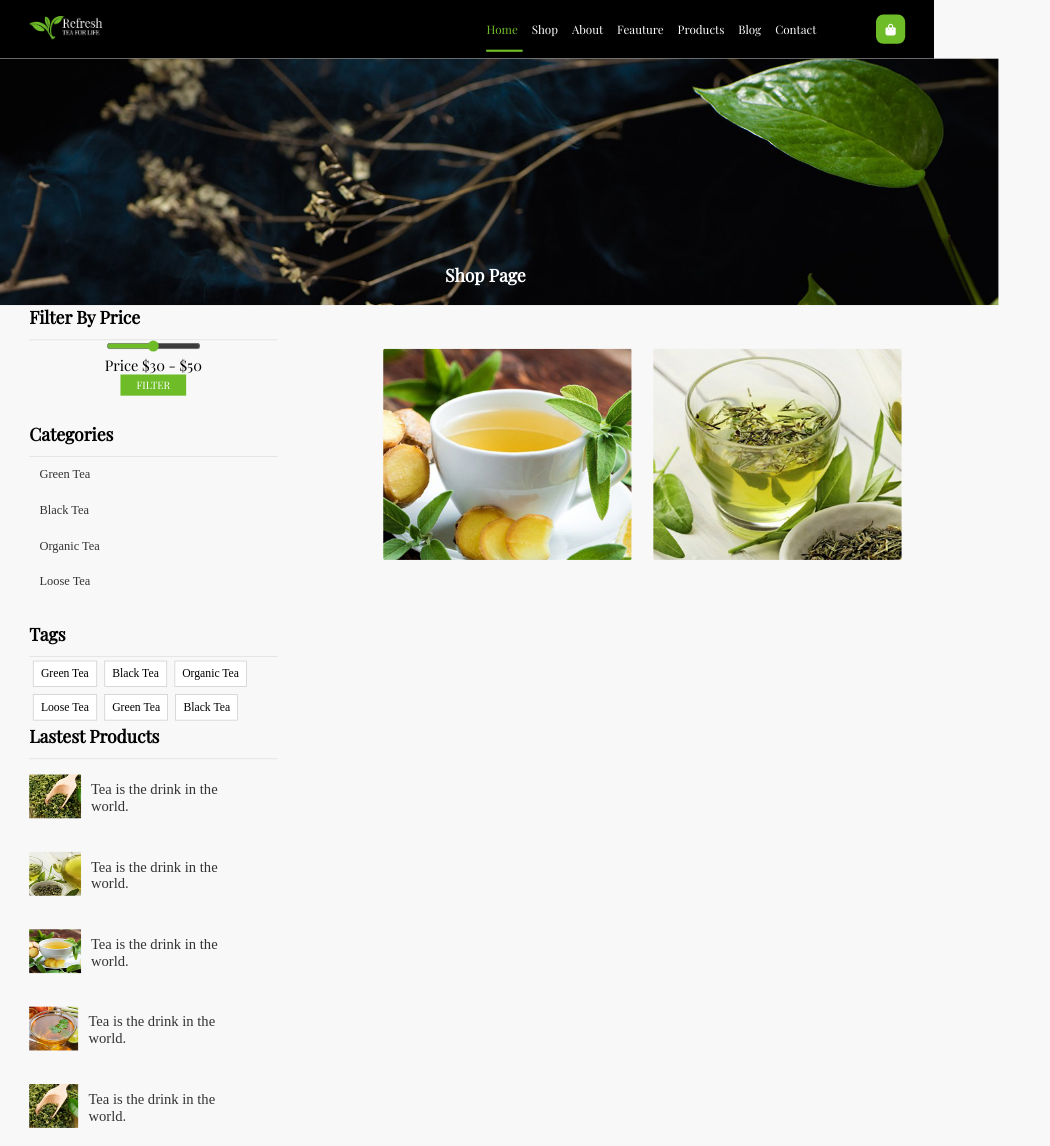
Repository: 52hzwhaleblue/school_teashop
Page: shop.html
An editor plug-in stored every save of this project. The page is shown before and after the next save, followed by the edit.
The browser window is 1280 px wide. The page is 1368 px wide, then 1439 px, then 1368 px, so the pictures cover 1439 px, including what lies to the right of the window. The pictures show the whole page, at 73% of full size.
Some web libraries are served in a nearby version.

Above is the page before, as saved 2022-05-04 23:11:06.

### shop.html
<!DOCTYPE html>
<html lang="en">

<head>
    <meta charset="UTF-8">
    <meta http-equiv="X-UA-Compatible" content="IE=edge">
    <meta name="viewport" content="width=device-width, initial-scale=1.0">

    <!-- Style CSS -->
    <link rel="stylesheet" href="./style.css" stylesheet="text/style.css" />

    <!-- googel fonts -->
    <link rel="preconnect" href="https://fonts.googleapis.com" />
    <link rel="preconnect" href="https://fonts.gstatic.com" crossorigin />
    <link href="https://fonts.googleapis.com/css2?family=Playfair+Display&display=swap" rel="stylesheet" />

    <!-- cdn -->
    <link rel="stylesheet" href="https://cdnjs.cloudflare.com/ajax/libs/font-awesome/6.1.1/css/all.min.css" integrity="sha512-KfkfwYDsLkIlwQp6LFnl8zNdLGxu9YAA1QvwINks4PhcElQSvqcyVLLD9aMhXd13uQjoXtEKNosOWaZqXgel0g==" crossorigin="anonymous" referrerpolicy="no-referrer"
    />

    <!-- App.js -->
    <script src="./app.js">
    </script>

    <title>Shop</title>
</head>

<body>
    <!-- header -->
    <div class="header-wrapper">
        <div class="center">
            <div class="row">
                <div class="logo">
                    <img src="./images/logo.png" alt="" />
                </div>

                <div class="menu">
                    <ul>
                        <li class="active"><a href="#">Home</a></li>
                        <li><a href="#">Shop</a></li>
                        <li><a href="#">About</a></li>
                        <li><a href="#">Feauture</a></li>
                        <li><a href="#">Products</a></li>
                        <li><a href="#">Blog</a></li>
                        <li><a href="#">Contact</a></li>
                    </ul>
                </div>

                <div class="cart">
                    <i class="fa-solid fa-bag-shopping"></i>
                </div>
            </div>
        </div>
    </div>

    <!-- silder -->
    <div class="slider-wrapper">
        <div class="slider-img">
            <img src="./images/shop-slide.jpg" alt="" />

            <div class="center">
                <div class="shop-slide-content">
                    <h2 class="heading">Shop Page</h2>
                </div>
            </div>
        </div>
    </div>


    <div class="shop-page-wrapper">
        <div class="center">
            <div class="box-shop-page">
                <!-- filter by price -->
                <div class="price-filter-wrapper">
                    <div class="box-price-filter">
                        <h4>filter by price</h4>
                        <div class="price-range-bar">
                            <form class="multi-range-field my-5 pb-5">
                                <input id="multi3" class="multi-range" type="range" />
                            </form>

                            <div class="price-range">
                                <span>Price</span>
                                <span> $30 </span> -
                                <span> $50 </span>
                            </div>

                            <div class="filter-btn">
                                <p>filter</p>
                            </div>
                        </div>
                    </div>
                    <div class="catory-wrapper">
                        <div class="box-catory">
                            <h2>Categories</h2>
                        </div>
                        <div class="category">
                            <ul>
                               <li><a href="" class="btn1">Green Tea</a></li>
                               <li><a href="" class="btn1">Black Tea</a></li>
                               <li><a href="" class="btn1">Organic Tea</a></li>
                               <li><a href="" class="btn1">Loose Tea</a></li>
                            </ul>
                        </div>
                        <div class="box-catory">
                            <h2>Tags</h2>
                        </div>
                        <div class="category1">
                           <ul clas="list">
                               <li><a href="" class="btn">Green Tea</a></li>
                               <li><a href="" class="btn">Black Tea</a></li>
                               <li><a href="" class="btn">Organic Tea</a></li>
                               <li><a href="" class="btn">Loose Tea</a></li>
                               <li><a href="" class="btn">Green Tea</a></li>
                               <li><a href="" class="btn">Black Tea</a></li>
                           </ul>
                        </div>
                        <div class="box-catory">
                            <h2>Lastest Products</h2>
                        </div>
                        <div class="last-product">
                            <div class="row">
                                <div class="col-2">
                                    <img src="images/product-1.jpg">
                                </div>
                                <div class="col-2">
                                    <a href="" class="btn2">Tea is the drink in  the world. </a>
                                </div>
                            </div>
                      </div>
                      <div class="last-product">
                        <div class="row">
                            <div class="col-2">
                                <img src="images/product-2.jpg">
                            </div>
                            <div class="col-2">
                                <a href="" class="btn2">Tea is the drink in  the world.</a>
                            </div>
                        </div>
                       </div>
                       <div class="last-product">
                        <div class="row">
                            <div class="col-2">
                                <img src="images/product-3.jpg">
                            </div>
                            <div class="col-2">
                                <a href="" class="btn2">Tea is the drink in  the world.</a>
                            </div>
                        </div>
                       </div>
                         <div class="last-product">
                          <div class="row">
                          <div class="col-2">
                             <img src="images/product-4.jpg">
                            </div>
                            <div class="col-2">
                             <a href="" class="btn2">Tea is the drink in  the world.</a>
                            </div>
                        </div>
                       </div>

                    <div class="last-product">
                        <div class="row">
                            <div class="col-2">
                                <img src="images/product-5.jpg">
                            </div>
                            <div class="col-2">
                                <a href="" class="btn2">Tea is the drink in  the world.</a>
                            </div>
                        </div>
                       </div>
                   </div>
               </div>
                <!-- shop-product -->
                <div class="shop-product-wrapper">
                    <div class="shop">
                        <img src="images/product-8.jpg">
                    </div>
                    <div class="shop">
                        <img src="images/product-9.jpg">
                    </div>
                </div>
            </div>
        </div>
    </div>

</body>

</html>

### style.css
* {
    padding: 0;
    margin: 0;
}

body {
    background-color: #f8f8f8;
}


/* header */

.header-wrapper {
    margin: 0 auto;
    background-color: #000000;
    position: sticky;
    top: 0;
    z-index: 1;
}

.center {
    width: 1200px;
    margin: 0 auto;
}

.header-wrapper .row {
    display: flex;
    justify-content: space-between;
    align-items: center;
    padding: 20px 0;
}


/* logo */

.logo {
    width: 50.0450045005%;
}

.logo img {
    width: 100px;
}


/* menu */

.menu {
    width: 42.304230423%;
}

.menu ul li.active a {
    color: #6fbc29;
}

.menu ul li {
    display: inline-block;
    padding-right: 15px;
    position: relative;
}

.menu ul li:after {
    content: " ";
    width: 50px;
    border-bottom: 3px #6fbc29 solid;
    /* background-color: #6fbc29; */
    left: 0;
    bottom: -20px;
    position: absolute;
}

.menu ul li:not(.active):after {
    content: " ";
    width: 50px;
    border-bottom: 3px #6fbc29 solid;
    left: 0;
    bottom: -30px;
    position: absolute;
    opacity: 0;
    transition: 0.5s;
}

.menu ul li:hover:after {
    bottom: -20px;
    opacity: 1;
}

.menu ul li:hover a {
    color: #6fbc29;
}

.menu ul li a {
    text-decoration: none;
    color: #fff;
    font-family: "Playfair Display", serif;
}


/* cart */

.cart {
    width: 40px;
    height: 40px;
    border-radius: 25%;
    background-color: #6fbc29;
    display: flex;
    justify-content: center;
    align-items: center;
}

.cart i {
    color: #fff;
}


/* silder */

.slider-wrapper {
    width: 1368px;
    margin: 0 auto;
    overflow: hidden;
}

.slider-img {
    display: flex;

}

.slider-img img {
    max-width: 1368px;
}
.slider-img input{
    display: none;
}


.slider-wrapper .home-slide-content {
    width: 446px;
    position: absolute;
    top: 20%;
    left: calc((100% - 1200px) / 2);
}

.slider-wrapper .shop-slide-content {
    width: 446px;
    position: absolute;
    top: 50%;
    left: calc(100% /2.1);
}

.home-slide-content .heading {
    text-transform: uppercase;
    font-family: "Playfair Display";
    font-size: 16px;
    color: #fff;
}

.shop-slide-content .heading {
    text-transform: capitalize;
    font-family: "Playfair Display";
    /* font-size: 50px; */
    color: #fff;
}


.home-slide-content .subHeading {
    text-transform: capitalize;
    font-family: "Playfair Display";
    font-size: 50px;
    padding: 26px 0 50px 0;
    color: #fff;
}

.home-slide-content .subHeading span {
    color: #6fbc29;
    text-transform: capitalize;
    font-size: 50px;
}

.home-slide-content .slider-btn {
    width: 130px;
    /* height: 35px; */
    background-color: #6fbc29;
    display: flex;
    justify-content: center;
    align-items: center;
}

.slider-btn a {
    font-family: "Playfair Display";
    font-size: 14px;
    text-transform: uppercase;
    color: #fff;
    text-decoration: none;
    padding: 10px 0;
}


/* new product */

.product-wrapper {
    width: 1368px;
    margin: 0 auto;
    padding: 57px 0;
}

.title-main {
    padding-bottom: 52px;
}

.title-main h1 {
    font-family: "Playfair Display";
    font-size: 35px;
    text-transform: capitalize;
    color: #212529;
    text-align: center;
}

.title-main .icon {
    text-align: center;
    padding: 23px 0 18px 0;
}

.heading-icon .icon img {
    width: 100px;
}

.title-main .subTitle {
    width: 540px;
    margin: 0 auto;
}

.title-main .subTitle p {
    font-family: "Playfair Display";
    font-size: 14px;
    color: #212529;
    text-align: center;
}


/* product items */

.product-items {
    display: flex;
    flex-wrap: wrap;
    justify-content: space-between;
}

.product-items .item {
    /* width: calc(100% / 4); */
}

.product-items .item .img {
    position: relative;
}

.modal {
    position: absolute;
    width: 100%;
    height: 100%;
    bottom: 0;
    opacity: 0;
    background-color: #6fbc29;
    transition: 0.7s;
}

.modal-content h4 {
    font-family: "Playfair Display", serif;
    color: #fff;
    text-align: center;
    text-transform: capitalize;
}

.modal-content {
    padding: 48px;
}

.modal-content p {
    font-size: 14px;
    font-family: "Playfair Display", serif;
    color: #fff;
    text-align: center;
    padding: 20px 0;
}

.readmore-btn {
    width: 130px;
    background-color: #fff;
    border: 1px #fff solid;
    padding: 5px 0;
    margin: 0 auto;
    text-align: center;
}

.readmore-btn a {
    text-decoration: none;
    color: #6fbc29;
    font-size: 14px;
    font-family: "Playfair Display", serif;
    text-transform: uppercase;
}

.readmore-btn:hover {
    background-color: transparent;
}

.readmore-btn:hover a {
    text-decoration: none;
    color: #fff;
    font-size: 14px;
    font-family: "Playfair Display", serif;
    text-transform: uppercase;
}

.product-items .img:hover .modal {
    top: 0;
    opacity: 0.8;
}

.product-btn {
    display: flex;
    justify-content: center;
}

.btn-left,
.btn-right {
    border-radius: 50%;
    width: 30px;
    height: 30px;
    background-color: #6fbc29;
    margin: 0 10px;
    display: flex;
    align-items: center;
    justify-content: center;
    color: #fff;
    margin-top: 35px;
}

.btn-left:hover,
.btn-right:hover {
    border-radius: 50%;
    width: 30px;
    height: 30px;
    background-color: #fff;
    margin: 0 10px;
    display: flex;
    align-items: center;
    justify-content: center;
    color: #6fbc29;
    margin-top: 35px;
}


/* information */

.information {
    width: 1368px;
    margin: 0 auto;
    background-color: #f8f8f8;
    display: flex;
    justify-content: space-between;
}

.info-img img {
    max-width: 730px;
}

.info-content {
    width: 37.6461988304%;
    padding: 85px 0 125px 30px;
}

.info-content h2 {
    font-size: 35px;
    font-family: "Playfair Display", serif;
}

.info-content p {
    font-size: 14px;
    font-family: "Playfair Display", serif;
    margin: 10px 0;
}

.information .readmore-info-btn {
    width: 130px;
    background-color: #6fbc29;
    padding: 5px 0;
    text-align: center;
}

.information .readmore-info-btn a {
    text-decoration: none;
    color: #fff;
    font-size: 14px;
    font-family: "Playfair Display", serif;
    text-transform: uppercase;
}

.information .readmore-info-btn:hover {
    background-color: #fff;
}

.information .readmore-info-btn:hover a {
    text-decoration: none;
    color: #6fbc29;
    font-size: 14px;
    font-family: "Playfair Display", serif;
    text-transform: uppercase;
}

.criteria-wrapper {
    width: 100%;
    height: 368px;
}

.criteria-items {
    max-width: 1368px;
    display: flex;
    justify-content: center;
}

.criteria-items .item {
    padding: 0 10px;
    box-sizing: border-box;
}


/* featured product */

.featured-product-wrapper {}

.featured-product-items {
    display: flex;
    justify-content: space-between;
    flex-wrap: wrap;
    margin-bottom: 50px;
}

.featured-product-items .item {
    width: calc(100% / 3);
}

.featured-product-items .item .img {
    position: relative;
}

.featured-product-items .img .modal {
    border-radius: 50%;
}

.featured-product-items .img:hover .modal {
    top: 0;
    opacity: 0.8;
    width: 92.5%;
}

.featured-product-items .item .title {
    text-align: center;
    font-family: "Playfair Display";
    font-weight: 600;
    font-size: 20px;
}

.featured-product-items .item .description {
    text-align: center;
    font-family: "Playfair Display";
    font-size: 14px;
}

.featured-product-items .item img {
    border-radius: 50%;
}


/* Information Wrapper */

.info-wrapper {
    position: relative;
}

.info-wrapper img {
    height: 435px;
    width: 100%;
}

.info-heading {
    top: 0;
    width: 490px;
    margin: 55px 0;
    position: absolute;
}

.info-heading .title {
    font-family: "Playfair Display";
    font-size: 35px;
    font-weight: 600;
}

.info-heading .subTitle {
    font-family: "Playfair Display";
    font-size: 14px;
    margin: 25px 0 50px 0;
}

.readmore-info-btn {
    width: 130px;
    background-color: #6fbc29;
    border: 1px #fff solid;
    padding: 5px 0;
    /* margin: 0 auto; */
    text-align: center;
}

.readmore-info-btn a {
    text-decoration: none;
    color: #fff;
    font-size: 14px;
    font-family: "Playfair Display", serif;
    text-transform: uppercase;
}

.readmore-info-btn:hover {
    background-color: #fff;
}

.readmore-info-btn:hover a {
    text-decoration: none;
    color: #6fbc29;
    font-size: 14px;
    font-family: "Playfair Display", serif;
    text-transform: uppercase;
}


/* video */

.video-wrapper {
    position: relative;
    display: flex;
    justify-content: center;
}

.bg-overlay {
    position: relative;
    z-index: 1;
}

.bg-overlay:after {
    background: #000 none repeat scroll 0 0;
    content: "";
    height: 100%;
    left: 0;
    opacity: 0.8;
    position: absolute;
    top: 0;
    width: 100%;
}

.video-wrapper .center {
    width: 1200px;
    margin: 0 auto;
    display: flex;
    justify-content: center;
}

.video-wrapper img {
    width: 100%;
}

.video-wrapper .title-main {
    top: 0;
    position: absolute;
    z-index: 2;
    margin-top: 55px;
}

.video-wrapper .title-main .title {
    color: #fff;
}

.video-wrapper .title-main .icon img {
    width: 200px;
}

.video-wrapper .title-main .subTitle p {
    color: #fff;
}

.box-video {
    /* width: 890px;
    height: 442px; */
    bottom: 25%;
    z-index: 1;
    position: absolute;
}


/* Shop Page */

.box-shop-page {
    display: flex;
    justify-content: space-between;
}

.price-filter-wrapper {
    width: 28.3333333333%;
}

.box-price-filter h4 {
    font-family: "Playfair Display", serif;
    font-size: 24px;
    text-transform: capitalize;
    border-bottom: 1px #dedede solid;
    padding-bottom: 15px;
}



/* Price Range Input */

#multi3 {
    accent-color: #6FBC29;
}

.price-range-bar {
    text-align: center;
}

.price-range {
    font-family: "Playfair Display", serif;
    font-size: 20px;
}

.filter-btn {
    width: 90px;
    height: 35px;
    margin: 0 auto;
}

.filter-btn:hover {
    width: 90px;
    height: 35px;
    margin: 0 auto;
}

.filter-btn p {
    font-family: "Playfair Display", serif;
    font-size: 14px;
    color: #fff;
    text-transform: uppercase;
    background-color: #6fbc29;
    padding: 5px 20px;
}

.filter-btn p:hover {
    font-family: "Playfair Display", serif;
    font-size: 14px;
    color: #6fbc29;
    text-transform: uppercase;
    background-color: #fff;
    padding: 5px 20px;
    border: 1px #6fbc29 solid;
}
.box-catory h2{
    font-family: "Playfair Display", serif;
    font-size: 24px;
    text-transform: capitalize;
    border-bottom: 1px #dedede solid;
    padding-bottom: 15px;
    padding-top: 30px;
}
.category ul li a {
    text-decoration: none;
    color:#333333;
    font-size: 17px;
    transition: 0.3s;
    border-bottom: 1px solid transparent;
    padding: 5px 0;
    display: block;
    padding: 14px;

}
ul{
    list-style-type: none;
}
.btn1:hover{
   color: #6fbc29;
   border-bottom: 1px solid #6fbc29;
}
.btn{
    display: inline-block;
    background: #fff;
    color: #000000;
    padding: 8px 10px;
    margin: 5px 5px;
    border: 1px solid #cccccc;
}

.btn:hover {
    background: #6fbc29;
    color: #fff;
}
.category1 ul li a{
    text-decoration: none;
    float: left;
}
.row {
    display: flex;
    align-items: center;
}

.col-2 img {
    width: 130%;
    height: 60px;
    padding: 10px 0;
    margin: 30px 20;
}
.btn2{
    color:#333333;
    padding: 30px;
    text-decoration: none;
    font-size: 20px;
    display: inline-block;
}
.btn2:hover{
    color:#6fbc29;
}
.shop-product-wrapper{
    display: flex;
    align-items: top;
    flex-wrap: wrap;
    justify-content: space-around;
    padding: 50px;
    margin: 10px;
}
.shop {
    flex-basis: 25%;
    min-width: 200px;
    margin-bottom: 50px;
}
.shop img{
    width: 170%;
    height: auto;
    display: block;
    margin: auto;
}
/* ----Product---- */

Loaded but not shown: app.js (10 lines, source omitted)

After the next save:
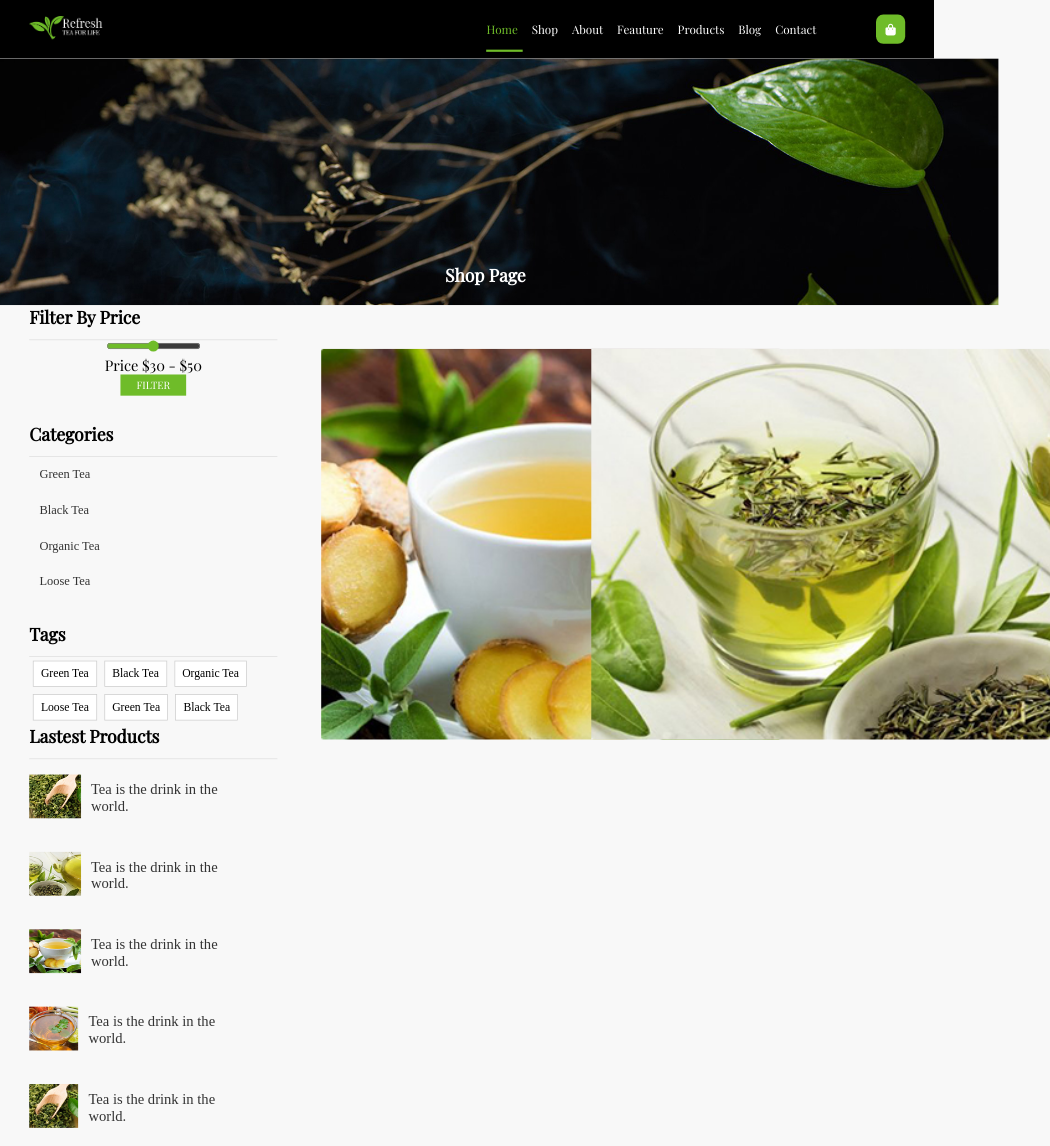
Saved 15 s later.
--- a/style.css
+++ b/style.css
@@ -733,9 +733,9 @@
     margin: 10px;
 }
 .shop {
-    flex-basis: 25%;
+  /*   flex-basis: 25%;
     min-width: 200px;
-    margin-bottom: 50px;
+    margin-bottom: 50px; */
 }
 .shop img{
     width: 170%;

After the save that followed:
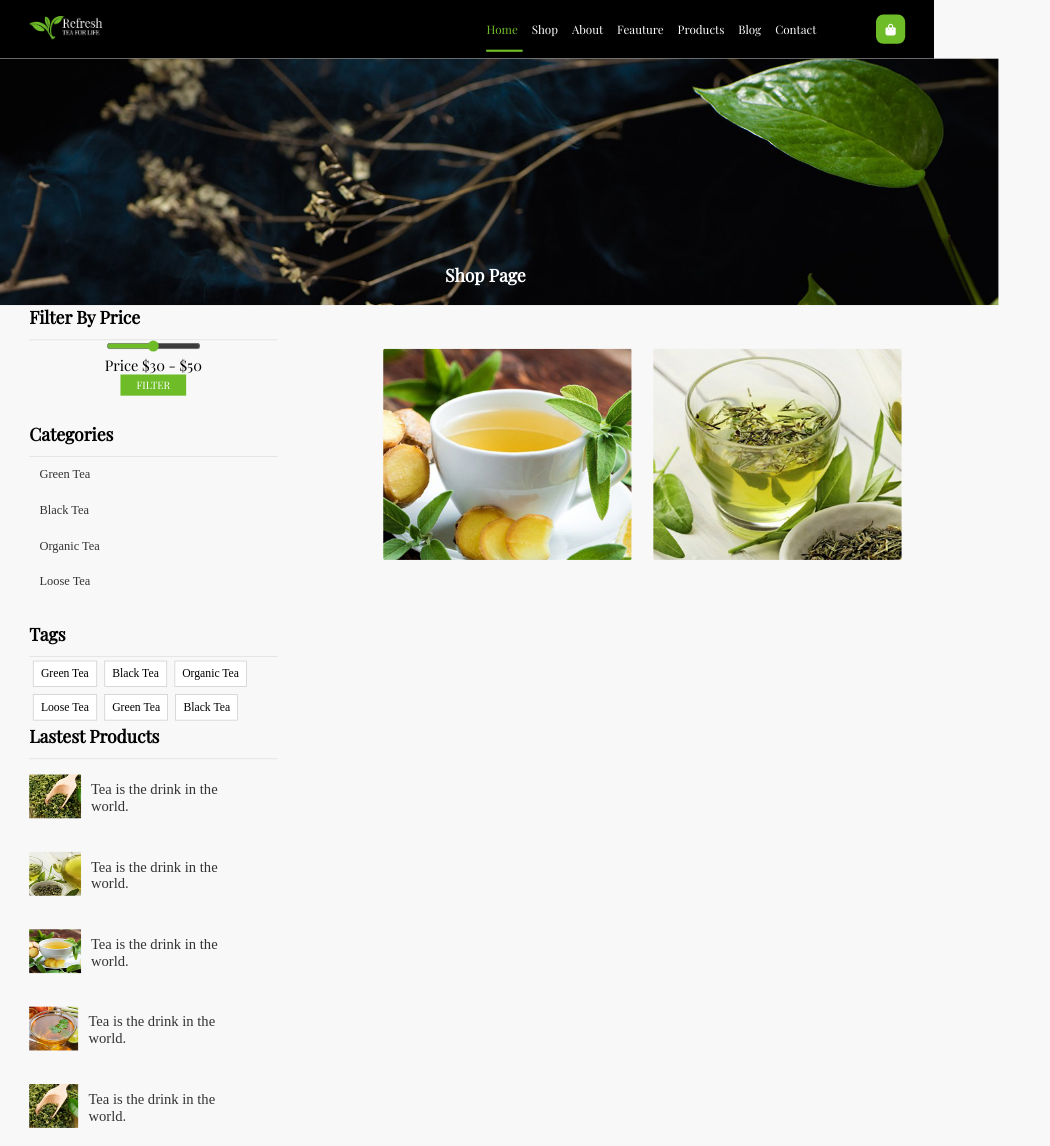
Saved 4 s later.
--- a/style.css
+++ b/style.css
@@ -733,9 +733,9 @@
     margin: 10px;
 }
 .shop {
-  /*   flex-basis: 25%;
+    flex-basis: 25%;
     min-width: 200px;
-    margin-bottom: 50px; */
+    margin-bottom: 50px;
 }
 .shop img{
     width: 170%;
